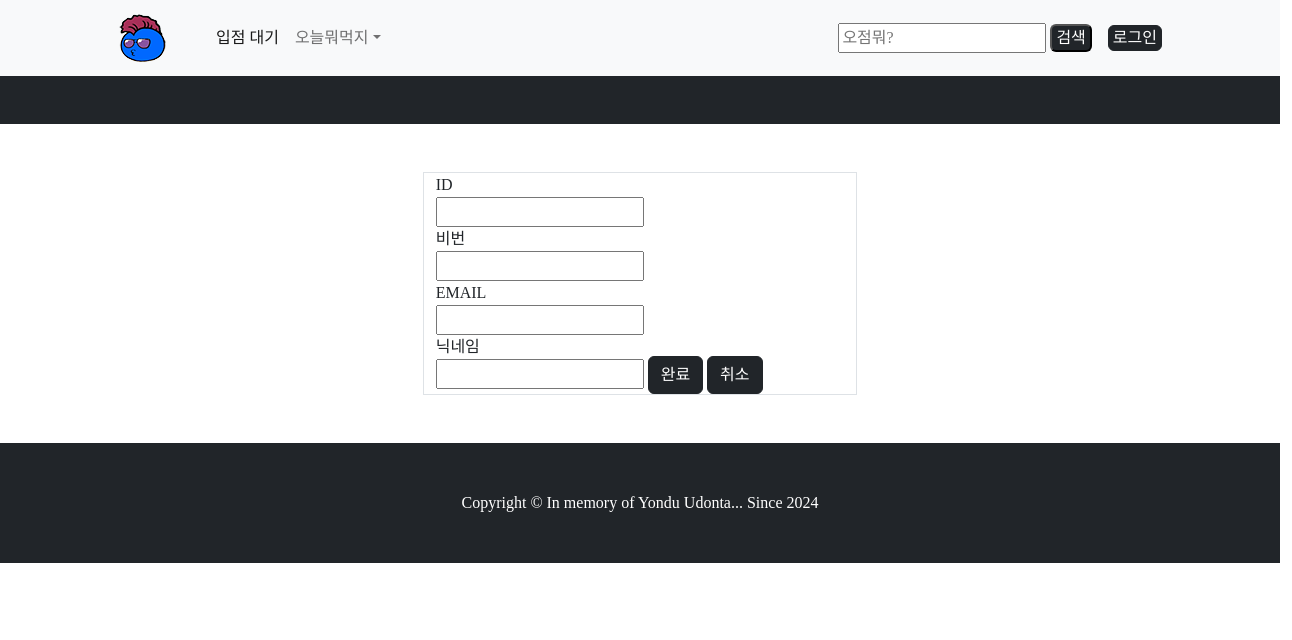
Repository: ashwan94/ydzone
Page: http://localhost/YonduZone/signUp
The author's editor kept a copy of each file at every save. The page is drawn from the files as they stood at one save, then again after the next save.
The browser window is 1280 px wide. The page is 1292 px wide, so the pictures cover 1292 px, including what lies to the right of the window. The pictures show the whole page.
Some web fonts or font styles are not loaded; a fallback is used. The page is served by Tomcat 9. Other server files are loaded and not shown.

Above is the page before, as saved 2024-05-01 11:02:46.

### YonduZone/src/main/webapp/WEB-INF/views/common/signUp.jsp
<%@ page language="java" contentType="text/html; charset=UTF-8"
	pageEncoding="UTF-8"%>
<jsp:include page="/WEB-INF/views/common/header.jsp">
	<jsp:param value="회원가입" name="title" />
</jsp:include>

<div class="row my-5">
	<div class="col-4"></div>
	<div class="col-4 border">
		<form action="/signUp" method="post" id="signUpForm">
			<label>
				<div>ID</div>
				<input type="text" name="id">
			</label>
			<label>
				<div>비번</div>
				<input type="password" name="pw">
			</label>
			<label>
				<div>EMAIL</div>
				<input type="email" name="email">
			</label>
			<label>
				<div>닉네임</div>
				<input type="text" name="nickName">
			</label>
			<input type="hidden" value="${msg }" id="msg">
			<button type="submit" id="submitBtn" class="btn btn-dark">완료</button>
			<button type="button" id="backBtn" class="btn btn-dark">취소</button>
		</form>
	</div>
	<div class="col-4"></div>
</div>


<script>
	const msgEl = document.querySelector("#msg");
	if(msgEl.value != ""){
		alert(msgEl.value);
	}

	const submitBtn = document.querySelector("#submitBtn");
	const backBtn = document.querySelector("#backBtn");

	submitBtn.addEventListener("click", function(e) {
		e.preventDefault();

		const idEl = document.querySelector("[name='id']");
		const pwEl = document.querySelector("[name='pw']");
		const emailEl = document.querySelector("[name='email']");
		const nickNameEl = document.querySelector("[name='nickName']");

		if(idEl.value == "" || pwEl.value == "" || emailEl.value == "" || nickNameEl.value == "") {
			alert("누락된 정보가 있습니다.");
		}else{
			const form = document.querySelector("#signUpForm");
			form.submit();
		}
	})

	backBtn.addEventListener("click", function() {
		history.back();
	});


</script>
<jsp:include page="/WEB-INF/views/common/footer.jsp" />

### YonduZone/src/main/webapp/WEB-INF/views/common/header.jsp
<%@ page language="java" contentType="text/html; charset=UTF-8"
	pageEncoding="UTF-8"%>
<%@ taglib prefix="c" uri="http://java.sun.com/jsp/jstl/core"%>
<!DOCTYPE html>
<html lang="en">
<head>
<meta charset="UTF-8">
<meta name="viewport"
	content="width=device-width, initial-scale=1, shrink-to-fit=no" />
<meta name="description" content="" />
<meta name="author" content="" />
<!-- Favicon-->
<link rel="icon" type="image/x-icon" href="assets/favicon.ico" />
<!-- Bootstrap icons-->
<link
	href="https://cdn.jsdelivr.net/npm/bootstrap-icons@1.5.0/font/bootstrap-icons.css"
	rel="stylesheet" />
<!-- Core theme CSS (includes Bootstrap)-->
<link href="/Bootstrap/css/styles.css" rel="stylesheet" />
<title>${param.title }</title>
<style>
	a{
		text-decoration:none;
		color:black;
	}
	a:hover{
		color:rgb(57, 151, 255);
	}

	@font-face {
    font-family: 'SUIT-Regular';
    src: url('https://cdn.jsdelivr.net/gh/projectnoonnu/noonfonts_suit@1.0/SUIT-Regular.woff2') format('woff2');
    font-weight: normal;
    font-style: normal;
	}

	* {
		font-family: 'SUIT-Regular';
	}
</style>

</head>
<body>
	<header>
		<nav class="navbar navbar-expand-lg navbar-light bg-light">
			<div class="container px-4 px-lg-5">
				<a class="navbar-brand" href="/main"><img src="${pageContext.request.contextPath }/Source/header/logo/main_logo.png" alt="Welcome to YouduZone!"></a>
				<button class="navbar-toggler" type="button" data-bs-toggle="collapse" data-bs-target="#navbarSupportedContent" aria-controls="navbarSupportedContent" aria-expanded="false" aria-label="Toggle navigation">
					<span class="navbar-toggler-icon"></span>
				</button>
				<div class="collapse navbar-collapse" id="navbarSupportedContent">
					<ul class="navbar-nav me-auto mb-2 mb-lg-0 ms-lg-4">
						<li class="nav-item">
							<a class="nav-link active" aria-current="page" href="/restaurant/stanby?userNo=${sessionScope.user.no }" data-value="${sessionScope.user.no }" id="stanbyRestaurant">입점 대기</a>
						</li>
						<li class="nav-item dropdown">
                            <a class="nav-link dropdown-toggle" id="navbarDropdown" href="#" role="button" data-bs-toggle="dropdown" aria-expanded="false">오늘뭐먹지</a>
                            <ul class="dropdown-menu text-center" aria-labelledby="navbarDropdown">
                                <li><a class="dropdown-item" href="/restaurant/category?category=밥">밥</a></li>
                                <li><a class="dropdown-item" href="/restaurant/category?category=국/찌개">국/찌개</a></li>
                                <li><a class="dropdown-item" href="/restaurant/category?category=면/분식">면/분식</a></li>
                                <li><a class="dropdown-item" href="/restaurant/category?category=야식">야식</a></li>
                            </ul>
                        </li>
					</ul>

					<form action="/restaurant/search" method="get" class="d-flex">
						<label>
							<input type="text" name="searchWord" placeholder="오점뭐?" id="searchBar">
							<button type="submit" class="badge bg-dark text-white fs-6 rounded-25 p-1 fw-normal me-3">검색</button>
						</label>
					</form>
					<c:choose>
						<c:when test="${not empty sessionScope.user }">
							<a href="/restaurant/add" class="badge d-flex bg-dark text-white mx-2 p-1 rounded-25 fs-6 fw-normal">밥집 추가</a>
							<a href="/user/view"><span class="badge bg-dark text-white p-1 rounded-25 fs-6 fw-normal me-2">${sessionScope.user.nickName } 님</span></a>
							<form action="/logout" method="get">
								<button type="submit" class="d-flex badge bg-dark text-white p-1 rounded-25 fs-6 fw-normal">로그아웃</button>
							</form>
						</c:when>
						<c:otherwise>
							<form action="/login" method="get" class="d-flex">
								<button type="submit" class="badge btn btn-outline-dark bg-dark text-white p-1 rounded-25 fs-6 fw-normal">로그인</button>
							</form>
							<input type="hidden" id="loginCheck" value="${empty sessionScope.user }">
						</c:otherwise>
					</c:choose>
				</div>
			</div>
		</nav>
		<div class="container-fluid bg-dark p-3">
			<div class="text-center text-white my-3">
				<h1 class="display-4 fw-bolder">${param.center }</h1>
				<p class="lead fw-normal text-white-50 mb-0">${param.content }</p>
			</div>
		</div>
	</header>

### YonduZone/src/main/webapp/WEB-INF/views/common/footer.jsp
<%@ page language="java" contentType="text/html; charset=UTF-8"
	pageEncoding="UTF-8"%>
<footer class="py-5 bg-dark">
<div class="container">
	<p class="m-0 text-center text-white">Copyright &copy; In memory of Yondu Udonta... Since 2024</p>
</div>
</footer>
<!-- Bootstrap core JS-->
<script src="https://cdn.jsdelivr.net/npm/bootstrap@5.3.3/dist/js/bootstrap.bundle.min.js"></script>
<!-- Core theme JS-->
<script src="/Bootstrap/js/scripts.js"></script>
<script>
	const priceEl = document.querySelectorAll(".price");

	priceEl.forEach(el => {
		if(el == null) {
			console.log("There are no any price elements");
		} else{
			el.innerText = parseInt(el.innerText).toLocaleString() + "원";
		}
	})

	/* const searchBar = document.querySelector("#searchBar");
	searchBar.select(); */

	const loginCheck = document.querySelector("#loginCheck");
	const stanbyRestaurant = document.querySelector("#stanbyRestaurant");

	stanbyRestaurant.addEventListener("click", function(e) {
		e.preventDefault();

		if(loginCheck) {
			alert("로그인 이후 이용 가능합니다.");
			location.href = "/login";
		}else{
			location.href = "/restaurant/stanby?userNo=" + stanbyRestaurant.getAttribute("data-value");
		}
	})
</script>
</body>
</html>

### YonduZone/src/main/java/common/SignUpServlet.java
package common;

import java.io.IOException;
import java.net.URLEncoder;

import javax.servlet.ServletContext;
import javax.servlet.ServletException;
import javax.servlet.annotation.WebServlet;
import javax.servlet.http.HttpServlet;
import javax.servlet.http.HttpServletRequest;
import javax.servlet.http.HttpServletResponse;

import org.apache.ibatis.session.SqlSession;

import user.UserService;
import user.UserVO;

/**
 * Servlet implementation class SignUpServlet
 */
@WebServlet("/signUp")
public class SignUpServlet extends HttpServlet {
	private UserService service;

	@Override
		public void init() throws ServletException {
			ServletContext servletContext = getServletContext();
			SqlSession session = (SqlSession) servletContext.getAttribute("sqlSession");
			this.service = new UserService(session);
		}

	protected void doGet(HttpServletRequest request, HttpServletResponse response) throws ServletException, IOException {
		request.getRequestDispatcher("/WEB-INF/views/common/signUp.jsp").forward(request, response);
	}

	protected void doPost(HttpServletRequest request, HttpServletResponse response) throws ServletException, IOException {
		String id = request.getParameter("id");
		String pw = request.getParameter("pw");
		String email = request.getParameter("email");
		String nickName = request.getParameter("nickName");

		UserVO checkUser = service.getUser(new UserVO(id, pw));

		if(checkUser == null) {
			int insertUser = service.insertUser(new UserVO(id, pw, email, nickName));

			if(insertUser > 0) {
				String msg = URLEncoder.encode("회원가입이 완료되었습니다!", "UTF-8");
				response.sendRedirect("/login?msg=" + msg);
			}

		}else {
			request.setAttribute("msg", "이미 존재하는 계정입니다.");
			request.getRequestDispatcher("/WEB-INF/views/common/signUp.jsp").forward(request, response);
		}


	}

}

Loaded but not shown: YonduZone/src/main/webapp/Bootstrap/css/styles.css (library); YonduZone/src/main/webapp/Bootstrap/js/scripts.js (common file)

After the next save:
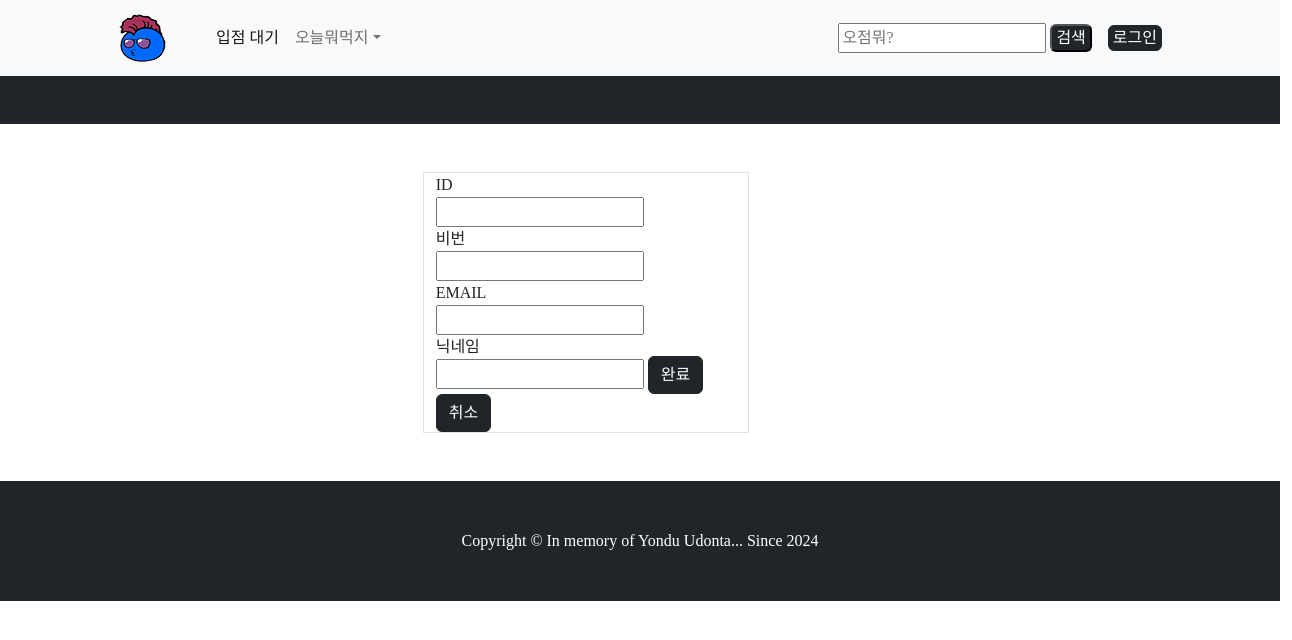
Saved 11 s later.
--- a/YonduZone/src/main/webapp/WEB-INF/views/common/signUp.jsp
+++ b/YonduZone/src/main/webapp/WEB-INF/views/common/signUp.jsp
@@ -6,7 +6,7 @@
 
 <div class="row my-5">
 	<div class="col-4"></div>
-	<div class="col-4 border">
+	<div class="col-3 border">
 		<form action="/signUp" method="post" id="signUpForm">
 			<label>
 				<div>ID</div>

After the save that followed:
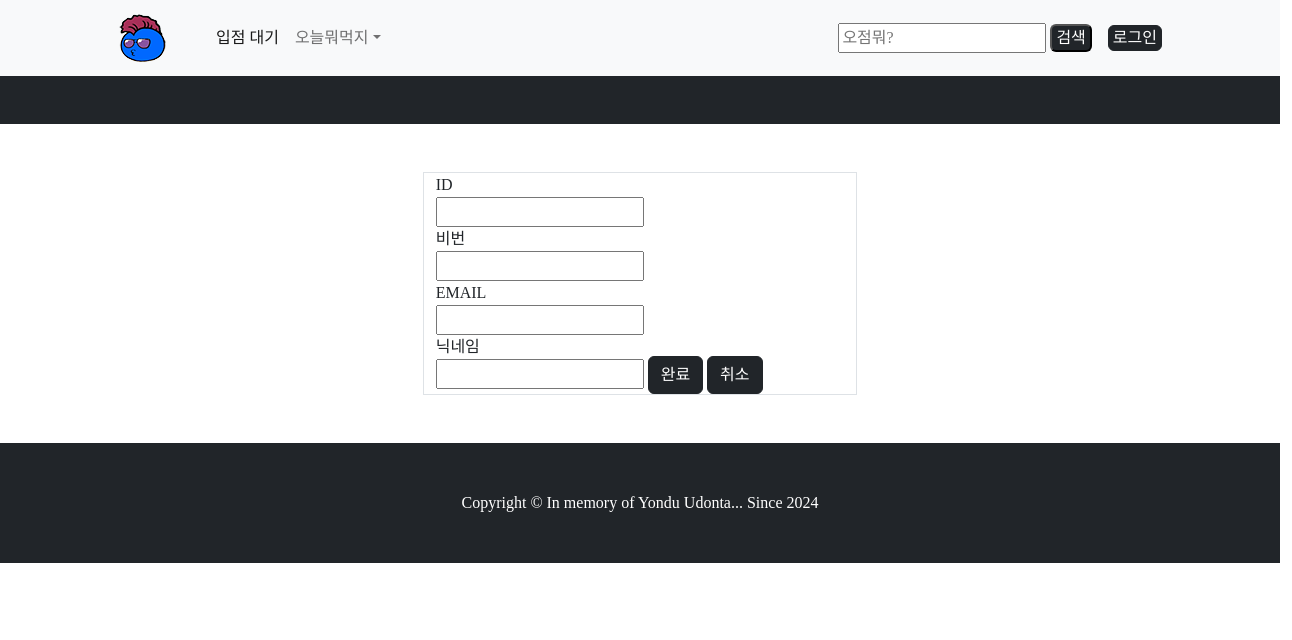
Saved 6 s later.
--- a/YonduZone/src/main/webapp/WEB-INF/views/common/signUp.jsp
+++ b/YonduZone/src/main/webapp/WEB-INF/views/common/signUp.jsp
@@ -6,7 +6,7 @@
 
 <div class="row my-5">
 	<div class="col-4"></div>
-	<div class="col-3 border">
+	<div class="col-4 border">
 		<form action="/signUp" method="post" id="signUpForm">
 			<label>
 				<div>ID</div>
